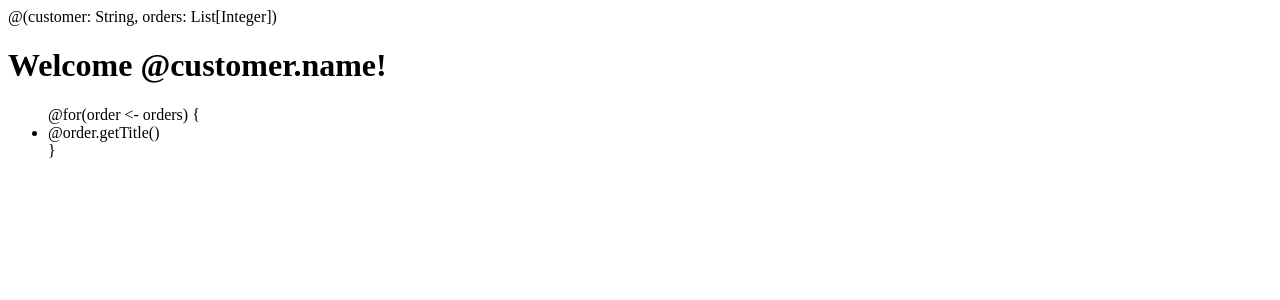
Repository: alex-ren/learn_typesafe_reactive
Page: play-java/app/views/helloworld.scala.html
These files come from the project's save history. The page is drawn as it stood at one moment and after the next save; the edit follows.
The browser window is 1280 px wide. The pictures show the whole page.

Above is the page before, as saved 2014-11-08 21:42:45.

After the next save:
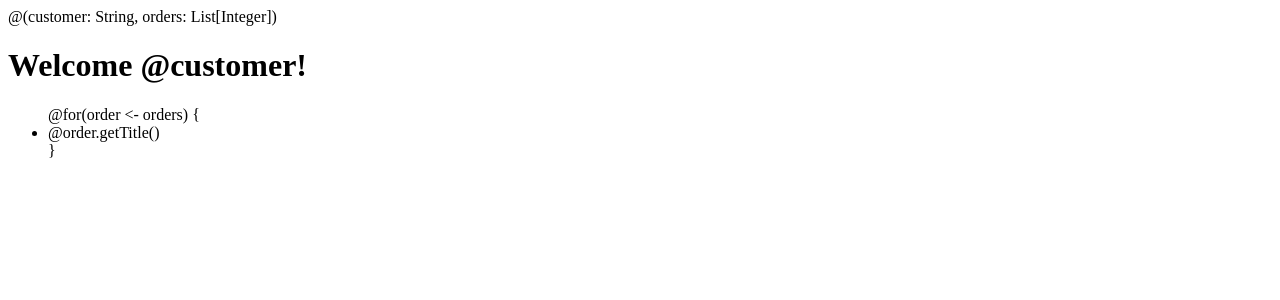
Saved 16 s later.
--- a/play-java/app/views/helloworld.scala.html
+++ b/play-java/app/views/helloworld.scala.html
@@ -1,6 +1,6 @@
 @(customer: String, orders: List[Integer])
 
-<h1>Welcome @customer.name!</h1>
+<h1>Welcome @customer!</h1>
 
 <ul>
 @for(order <- orders) {
